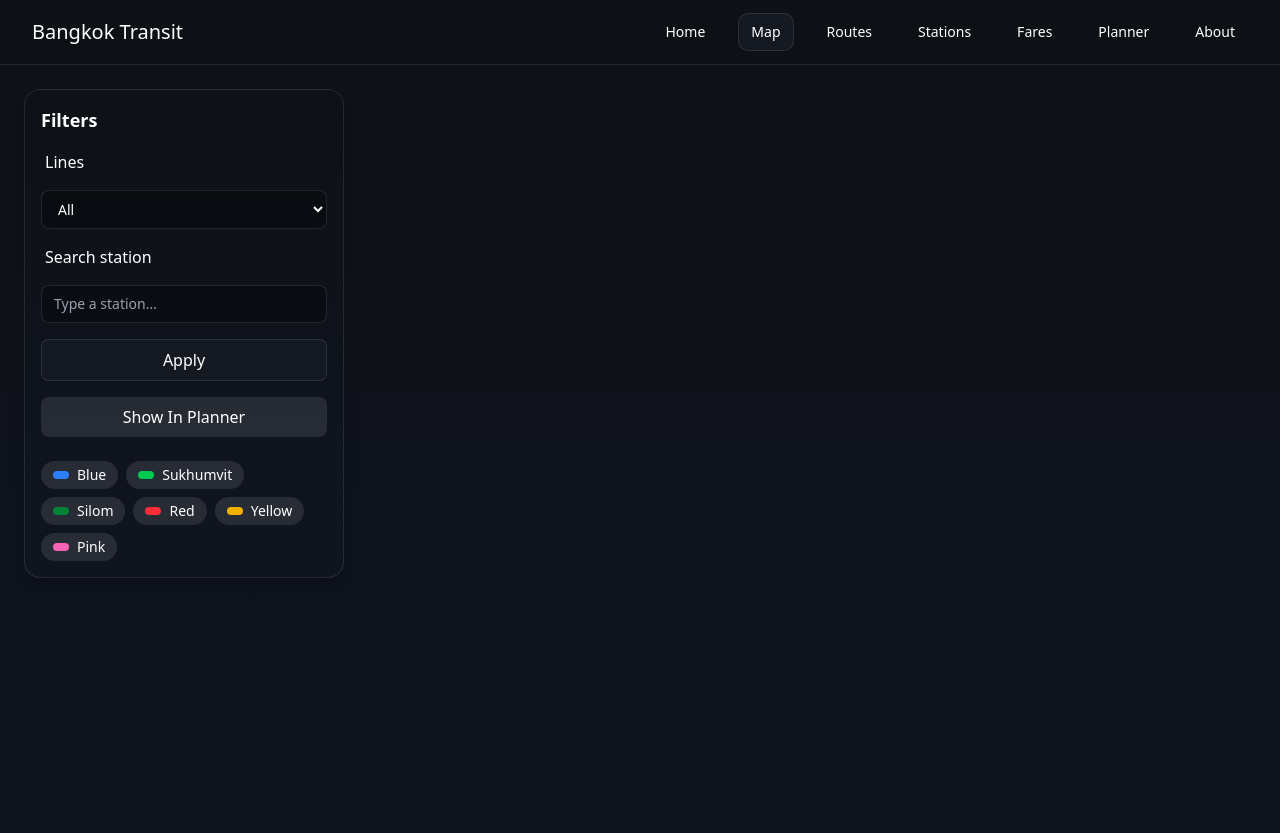
Repository: pyaestk/Bangkok-transit-map
Page: /map
The author's editor kept a copy of each file at every save. The page is drawn from the files as they stood at one save, then again after a run of saves.
The browser window is 1280 px wide. The pictures show the whole page.
The project was rebuilt for these pictures with package versions that can differ from the ones it lists, and the page was loaded fresh each time. Also part of the build but not shown: vite.config.ts, src/pages/Home.tsx, src/pages/Planner.tsx, src/pages/Stations.tsx, src/pages/TrainRoutes.tsx, src/pages/Fares.tsx, src/pages/About.tsx.

Above is the page before, as saved 2025-10-04 10:11:07.

### index.html
<!doctype html>
<html lang="en">
  <head>
    <meta charset="UTF-8" />
    <link rel="icon" type="image/svg+xml" href="/vite.svg" />
    <meta name="viewport" content="width=device-width, initial-scale=1.0" />
    <title>bangkok-transit-map</title>
  </head>
  <body>
    <div id="root"></div>
    <script type="module" src="/src/main.tsx"></script>
  </body>
</html>

### src/main.tsx
import { StrictMode } from 'react'
import { createRoot } from 'react-dom/client'
import './index.css'
import App from './App.tsx'
import { BrowserRouter as Router } from 'react-router'

createRoot(document.getElementById('root')!).render(
  <StrictMode>
    <Router>
      <App />
    </Router>
  </StrictMode>,
)

### src/App.tsx
import "./App.css";
import NavBar from "./component/NavBar";
import { Routes, Route } from "react-router-dom";
import Home from "./pages/Home";
import Map from "./pages/Map";
import Planner from "./pages/Planner";
import Stations from "./pages/Stations";
import TrainRoutes from "./pages/TrainRoutes";
import Fares from "./pages/Fares";
import About from "./pages/About";


function App() {
  return (
    <div className="min-h-screen flex flex-col">
      {/* Navbar at the top */}
      <NavBar />

      {/* Main content area */}
      <main className="flex-1 p-6 bg-[linear-gradient(180deg,rgba(14,17,22,1)_0%,rgba(15,20,32,1)_100%)]">
        <Routes>
          <Route
            path="/"
            element={ <Home/> }
          />
          <Route
            path="/map"
            element={ <Map/> }
          />
          <Route
            path="/planner"
            element={ <Planner/>}
          />
          <Route
            path="/routes"
            element={<TrainRoutes/>}
          />
          <Route
            path="/stations"
            element={<Stations/>}
          />
          <Route
            path="/fares"
            element={<Fares/>}
          />
          <Route
            path="/about"
            element={<About/>}
          />
        </Routes>
      </main>
    </div>
  );
}

export default App;

### src/App.css
@import "tailwindcss";

:root {
  background: linear-gradient(180deg, rgba(14,17,22,1) 0%, rgba(15,20,32,1) 100%);
}

### src/component/NavBar.tsx
import { NavLink } from "react-router-dom";
import { useState } from "react";

function NavBar() {
  const [open, setOpen] = useState(false);

  const baseClasses =
    "px-3 py-2 text-sm border border-transparent block text-center";
  const inactiveClasses = "text-white transition-colors";
  const activeClasses = "bg-[#151922] border rounded-[10px] text-white border-white/10";

  const links = [
    { to: "/", label: "Home" },
    { to: "/map", label: "Map" },
    { to: "/routes", label: "Routes" },
    { to: "/stations", label: "Stations" },
    { to: "/fares", label: "Fares" },
    { to: "/planner", label: "Planner" },
    { to: "/about", label: "About" },
  ];

  return (
    <nav className="sticky top-0 z-50 bg-[#0e1116cc] border-b border-[#232838] backdrop-blur-[5px] backdrop-brightness-[100%] [-webkit-backdrop-filter:blur(5px)_brightness(100%)]">
      <div className="max-w-7xl mx-auto px-4 sm:px-6 lg:px-8">
        <div className="flex items-center justify-between h-16">
          {/* Left side (Logo / Brand) */}
          <div className="flex-shrink-0 text-white text-xl">
            Bangkok Transit
          </div>

          {/* Desktop links */}
          <div className="hidden md:flex space-x-5">
            {links.map((l) => (
              <NavLink
                key={l.to}
                to={l.to}
                className={({ isActive }) =>
                  `${baseClasses} ${isActive ? activeClasses : inactiveClasses}`
                }
              >
                {l.label}
              </NavLink>
            ))}
          </div>

          {/* Mobile hamburger button */}
          <div className="md:hidden">
            <button
              aria-label="Toggle menu"
              onClick={() => setOpen((s) => !s)}
              className="inline-flex items-center justify-center p-2 rounded-md text-white hover:bg-white/5 focus:outline-none focus:ring-2 focus:ring-white"
            >
              <span className="sr-only">Open main menu</span>
              {/* Hamburger / X icon */}
              <svg
                className={`h-6 w-6 ${open ? "hidden" : "block"}`}
                xmlns="http://www.w3.org/2000/svg"
                fill="none"
                viewBox="0 0 24 24"
                strokeWidth={2}
                stroke="currentColor"
                aria-hidden="true"
              >
                <path
                  strokeLinecap="round"
                  strokeLinejoin="round"
                  d="M3 6h18M3 12h18M3 18h18"
                />
              </svg>
              <svg
                className={`h-6 w-6 ${open ? "block" : "hidden"}`}
                xmlns="http://www.w3.org/2000/svg"
                fill="none"
                viewBox="0 0 24 24"
                strokeWidth={2}
                stroke="currentColor"
                aria-hidden="true"
              >
                <path
                  strokeLinecap="round"
                  strokeLinejoin="round"
                  d="M6 18L18 6M6 6l12 12"
                />
              </svg>
            </button>
          </div>
        </div>
      </div>

      {/* Mobile menu, shown when open is true */}
      <div className={`md:hidden ${open ? "block" : "hidden"} `}>
        <div className="px-2 pt-2 pb-3 space-y-1">
          {links.map((l) => (
            <NavLink
              key={l.to}
              to={l.to}
              onClick={() => setOpen(false)}
              className={({ isActive }) =>
                `${baseClasses} ${isActive ? activeClasses : inactiveClasses}`
              }
            >
              {l.label}
            </NavLink>
          ))}
        </div>
      </div>
    </nav>
  );
}

export default NavBar;

### src/pages/Map.tsx
import FiltersCard from "../component/FiltersCard";

export default function Map() {
  return (
    <div className="min-h-screen">
      <FiltersCard/>
    </div>
  )
}

### src/component/FiltersCard.tsx
export default function FiltersCard() {
  return (
    <div className="p-4 rounded-2xl bg-[linear-gradient(180deg,rgba(14,17,22,1)_0%,rgba(15,20,32,1)_100%)] border border-white/10 shadow-lg w-80 text-white">
      <h2 className="text-lg font-bold mb-4">Filters</h2>

      {/* Lines */}
      <label className="block my-4 mx-1">Lines</label>
      <select className="w-full px-3 py-2 rounded-lg bg-black/30 border border-white/10 focus:outline-none text-sm">
        <option>All</option>
        <option>Blue</option>
        <option>Red</option>
        <option>Yellow</option>
      </select>

      {/* Search station */}
      <label className="block my-4 mx-1">Search station</label>
      <input
        type="text"
        placeholder="Type a station…"
        className="w-full text-sm px-3 py-2 pr-8 rounded-lg bg-black/30 border border-white/10 placeholder-gray-400 focus:outline-none"
      />

      {/* Buttons */}
      <div className="flex flex-col space-y-4 mt-4">
        <button className="px-4 py-2 rounded-lg bg-[#151922] border text-white border-white/10 hover:bg-white/20">Apply</button>
        <button className="px-4 py-2 rounded-lg bg-white/10 hover:bg-white/20">Show In Planner</button>
      </div>

      {/* Line Pills */}
      <div className="flex flex-wrap gap-2 mt-6 text-sm">
        <span className="flex items-center px-3 py-1 rounded-full bg-white/10">
          <span className="w-4 h-2 rounded-full bg-blue-500 mr-2"></span>
          Blue
        </span>
        <span className="flex items-center px-3 py-1 rounded-full bg-white/10">
          <span className="w-4 h-2 rounded-full bg-green-500 mr-2"></span>
          Sukhumvit
        </span>
        <span className="flex items-center px-3 py-1 rounded-full bg-white/10">
          <span className="w-4 h-2 rounded-full bg-green-700 mr-2"></span>
          Silom
        </span>
        <span className="flex items-center px-3 py-1 rounded-full bg-white/10">
            <span className="w-4 h-2 rounded-full bg-red-500 mr-2"></span> Red
        </span>
        <span className="flex items-center px-3 py-1 rounded-full bg-white/10">
            <span className="w-4 h-2 rounded-full bg-yellow-500 mr-2"></span> Yellow
        </span>
        <span className="flex items-center px-3 py-1 rounded-full bg-white/10">
            <span className="w-4 h-2 rounded-full bg-pink-400 mr-2"></span> Pink
        </span>
      </div>
    </div>
  )
}

Loaded but not shown: src/index.css (common file)

After the next 2 saves:
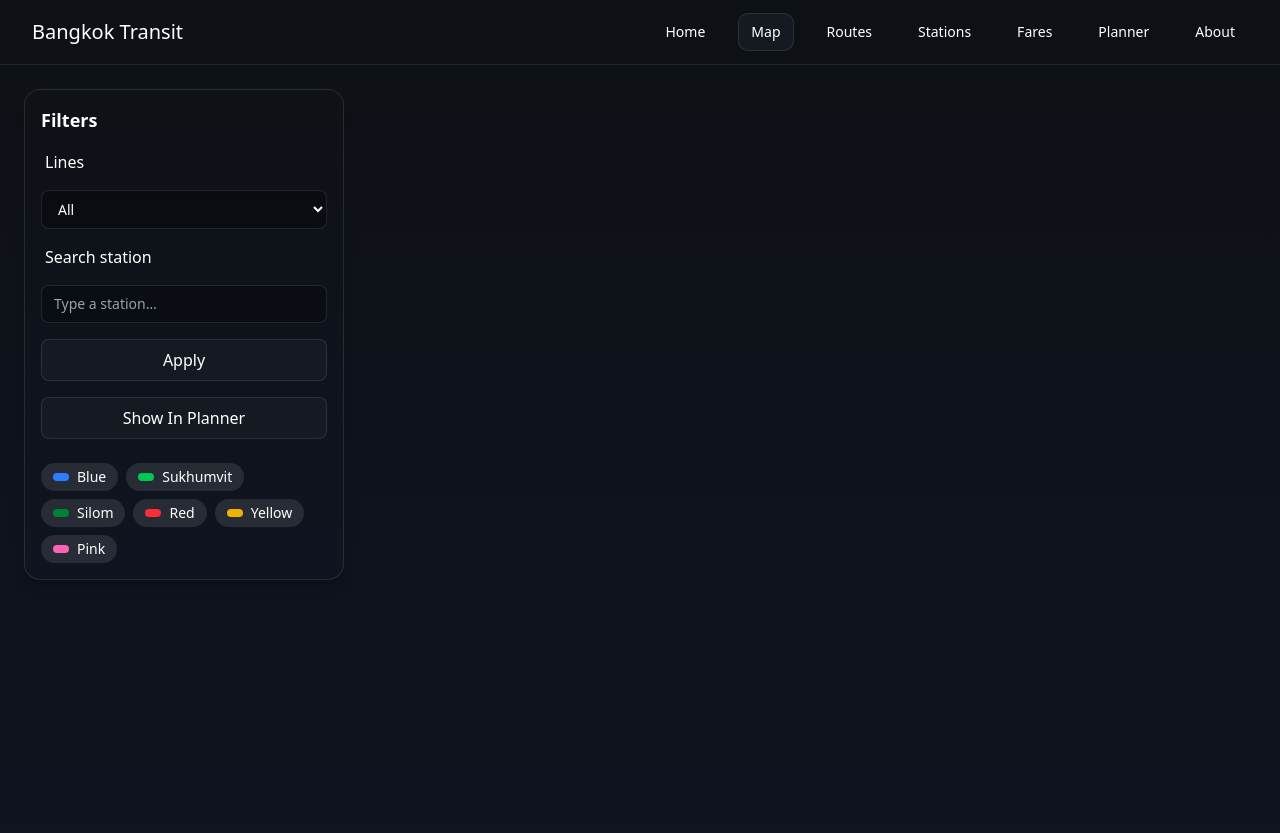
The 2 saves are shown as one change because they came seconds apart.
The last was saved 19 s later.
--- a/src/component/FiltersCard.tsx
+++ b/src/component/FiltersCard.tsx
@@ -23,7 +23,7 @@ export default function FiltersCard() {
       {/* Buttons */}
       <div className="flex flex-col space-y-4 mt-4">
         <button className="px-4 py-2 rounded-lg bg-[#151922] border text-white border-white/10 hover:bg-white/20">Apply</button>
-        <button className="px-4 py-2 rounded-lg bg-white/10 hover:bg-white/20">Show In Planner</button>
+        <button className="px-4 py-2 rounded-lg bg-[#151922] border text-white border-white/10 hover:bg-white/40">Show In Planner</button>
       </div>
 
       {/* Line Pills */}
